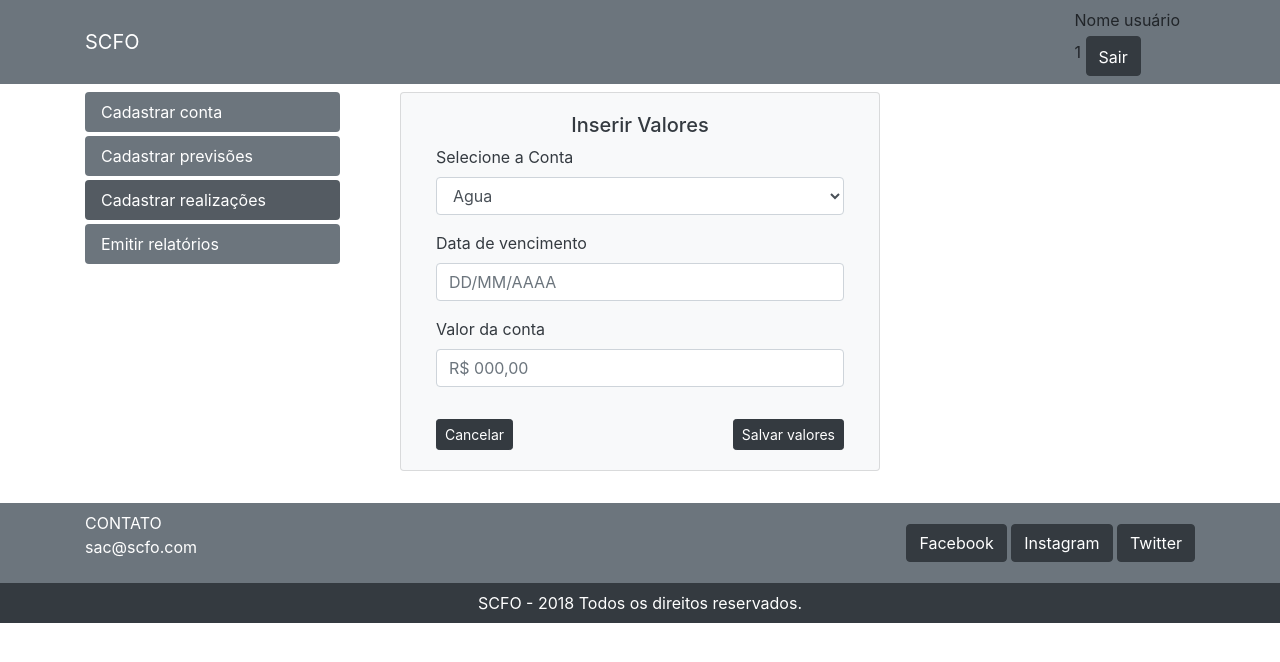
Repository: MaickSilva/scfoheroku
Page: http://localhost/inserirValores.php
The author's editor kept a record of every edit. The page is drawn from the files as they stood at one moment, then again after the next edit.
The browser window is 1280 px wide. The pictures show the whole page.
Some web libraries are served in a nearby version. The page is run by PHP 8.4 with error messages shown; the project is at /var/www/html/. The session is filled in as if someone had signed in: {"UsuarioLog": true, "cpf": 1, "senha": 1}. Other server files are loaded and not shown.

Above is the page before.

### workspace/inserirValores.php
<?php include "header.php" ?>
<?php
    session_start();
    if(!isset($_SESSION['UsuarioLog'])){
        header("Location: index.php");
        session_destroy();
    }

    if(isset($_GET['logout'])){
        session_destroy();
        header("Location: index.php");
    }
?>
    <nav class="navbar navbar-expand-md navbar-dark bg-secondary ">
        <div class="container">

            <a class="navbar-brand " href="logado.php">SCFO</a>


            <ul class="navbar-nav float-right">
                <div class="container">
                    <div class="row">
                        <div class="col-12 col-sm-12 col-md-12 col-lg-12">
                            <p class="mb-0">Nome usuário</p>
                            <?php
                                echo " ".$_SESSION['cpf']
                            ?>
                        <a href="?logout">
                            <button type="button" class="btn btn-dark mt-1 pt-2 ">Sair</button>
                        </a>
                        </div>
                    </div>
                </div>
            </ul>

        </div>
    </nav>

    <div class="container mb-3">
        <div class="row">
            <div class="col-12 col-sm-12 col-md-4 col-lg-3">
                <div class="nav flex-column nav-pills mt-2" id="v-pills-tab" role="tablist" aria-orientation="vertical">
                    <a href="cadastrarConta.php" class="nav-link btn-secondary" id="cadastroConta" role="tab" aria-controls="v-pills-home" aria-selected="false">Cadastrar conta</a>
                    <a class="nav-link btn-secondary mt-1" id="v-pills-profile-tab" data-toggle="pill" href="#v-pills-profile" role="tab" aria-controls="v-pills-profile" aria-selected="false">Cadastrar previsões</a>
                    <a href="inserirValores.php" class="nav-link btn-secondary mt-1 active" id="inserirValores" role="tab" aria-controls="v-pills-valores" aria-selected="tru">Cadastrar realizações</a>
                    <a class="nav-link btn-secondary mt-1" id="v-pills-settings-tab" data-toggle="pill" href="#v-pills-settings" role="tab" aria-controls="v-pills-settings" aria-selected="false">Emitir relatórios</a>
                </div>
            </div>
            <div class="col-12 col-sm-12 col-md-8 col-lg-6">
                <div class="card text-white bg-light mb-3 mt-2 mx-auto" style="max-width: 30rem;">
                    <div class="card-body">
                        <div class="container ">
                            <form class="mx-auto text-dark " style="width: auto;" "card-text">
                                <div class="container text-center">
                                    <h5>Inserir Valores</h5>
                                </div>

                                <div class="form-group">
                                    <label for="tipoConta">Selecione a Conta</label>
                                    <select class="form-control">
                                        <option>Agua</option>
                                        <option>Luz</option>
                                        <option>Internet</option>
                                        <option>Gás</option>
                                    </select>
                                </div>

                                <div class="form-group">
                                    <label for="exampleInputCpf">Data de vencimento</label>
                                    <input type="text" class="form-control" id="datavencimento" placeholder="DD/MM/AAAA" name="dataVencimento">
                                </div>

                               <div class="form-group">
                                    <label for="exampleInputCpf">Valor da conta</label>
                                    <input type="text" class="form-control" id="valorconta" placeholder="R$ 000,00" name="dataVencimento">
                                </div>

                                <button type="submit" class="btn btn-dark float-right mt-3 btn-sm col-">Salvar valores</button>
                                <a href="logado.php">
                                    <button type="button" class="btn btn-dark mt-3 btn-sm col-">Cancelar</button>
                                </a>

                            </form>
                        </div>
                    </div>
                </div>
            </div>
        </div>
    </div>


<?php include "footer.php" ?>

</body>

### workspace/header.php
<!DOCTYPE html>
<html lang="pt-br">

<head>
    <meta charset="utf-8">
    <meta http-equiv="X-UA-Compatible" content="IE=edge">
    <meta name="viewport" content="width=device-width, initial-scale=1">
    <title>Sistema de Controle Financeiro Orçamentário</title>

    <!-- Bootstrap CSS-->
    <link rel="stylesheet" href="css/bootstrap.min.css">
    <link rel="stylesheet" href="css/style.css">

    <link rel="stylesheet" href="https://use.fontawesome.com/releases/v5.0.12/css/all.css" integrity="sha384-G0fIWCsCzJIMAVNQPfjH08cyYaUtMwjJwqiRKxxE/rx96Uroj1BtIQ6MLJuheaO9" crossorigin="anonymous">

    <!-- Formatação de textos -->
    <script>
        function formatar(mascara, documento){
          var i = documento.value.length;
          var saida = mascara.substring(0,1);
          var texto = mascara.substring(i)

          if (texto.substring(0,1) != saida){
                    documento.value += texto.substring(0,1);
          }

        }
    </script>
</head>

<body>

### workspace/footer.php


    <footer class="container-fluid navbar navbar-expand-md navbar-dark bg-secondary">
        <div class="container text-white">
            <p>CONTATO<br>
            <span>sac@scfo.com</span></p>

          <nav class="float-right">
              <span>
                  <button class="btn btn-dark">Facebook</button>
                  <button class="btn btn-dark">Instagram</button>
                  <button class="btn btn-dark">Twitter</button>
              </span>
          </nav>
        </div>
    </footer>

    <div class="container-fluid bg-dark text-center text-white p-2">SCFO - 2018 Todos os direitos reservados.</div>

  <script src="js/jquery-3.3.1.slim.min.js"></script>
  <script src="js/popper.min.js"></script>
  <script src="js/bootstrap.min.js"></script>

Loaded but not shown: workspace/css/bootstrap.min.css (library); workspace/js/jquery-3.3.1.slim.min.js (library); workspace/js/popper.min.js (library); workspace/js/bootstrap.min.js (library); workspace/css/style.css (no stored copy; drawn as an empty file)

After the next edit:
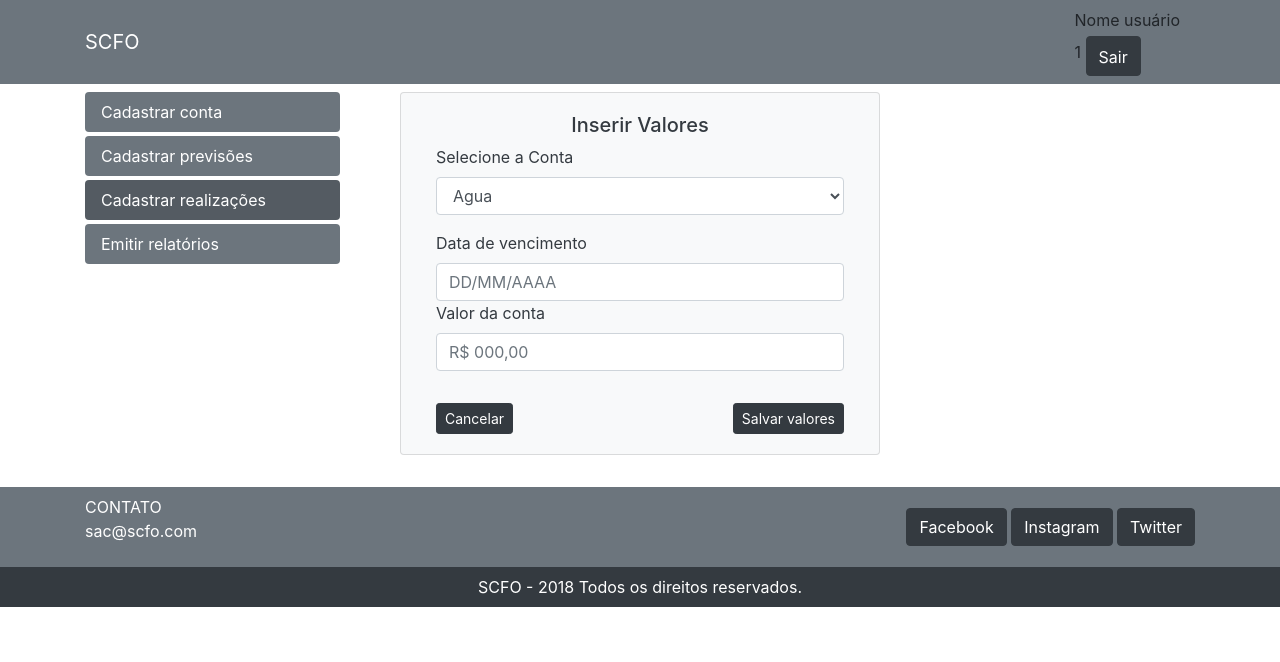
The edit:
--- a/workspace/inserirValores.php
+++ b/workspace/inserirValores.php
@@ -67,7 +67,7 @@
 
                                 <div class="form-group">
                                     <label for="exampleInputCpf">Data de vencimento</label>
-                                    <input type="text" class="form-control" id="datavencimento" placeholder="DD/MM/AAAA" name="dataVencimento">
+                                    <input type="text" class="form-control" id="datavencimento" placeholder="DD/MM/AAAA" name="dataVencimento" OnKeyPress="formatar('##/##/##', this)" maxlength="10>
                                 </div>
 
                                <div class="form-group">

After the 2 edits that followed:
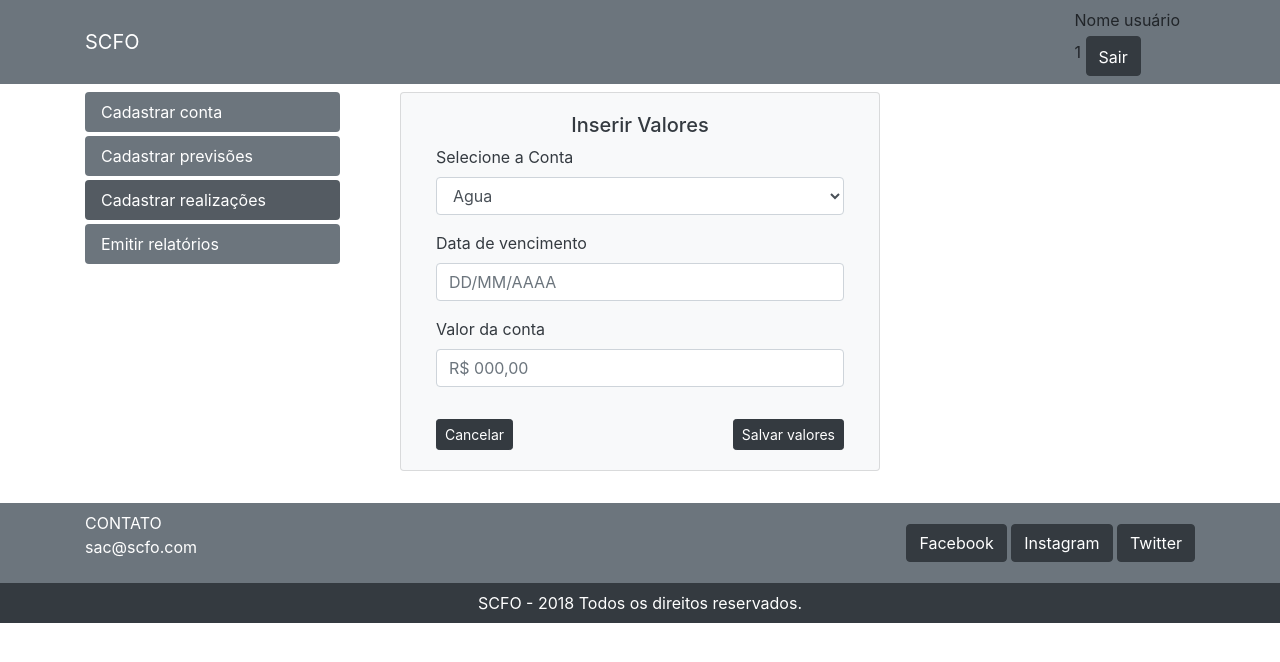
The 2 edits are shown as one change because 1 left the picture as it was.
The edit:
--- a/workspace/inserirValores.php
+++ b/workspace/inserirValores.php
@@ -67,12 +67,12 @@
 
                                 <div class="form-group">
                                     <label for="exampleInputCpf">Data de vencimento</label>
-                                    <input type="text" class="form-control" id="datavencimento" placeholder="DD/MM/AAAA" name="dataVencimento" OnKeyPress="formatar('##/##/##', this)" maxlength="10>
+                                    <input type="text" class="form-control" id="datavencimento" placeholder="DD/MM/AAAA" name="dataVencimento" OnKeyPress="formatar('##/##/##', this)" maxlength="10">
                                 </div>
 
                                <div class="form-group">
                                     <label for="exampleInputCpf">Valor da conta</label>
-                                    <input type="text" class="form-control" id="valorconta" placeholder="R$ 000,00" name="dataVencimento">
+                                    <input type="text" class="form-control" id="valorconta" placeholder="R$ 000,00" name="dataVencimento" OnKeyPress="formatar('#####,##', this)" maxlength="8">
                                 </div>
 
                                 <button type="submit" class="btn btn-dark float-right mt-3 btn-sm col-">Salvar valores</button>
